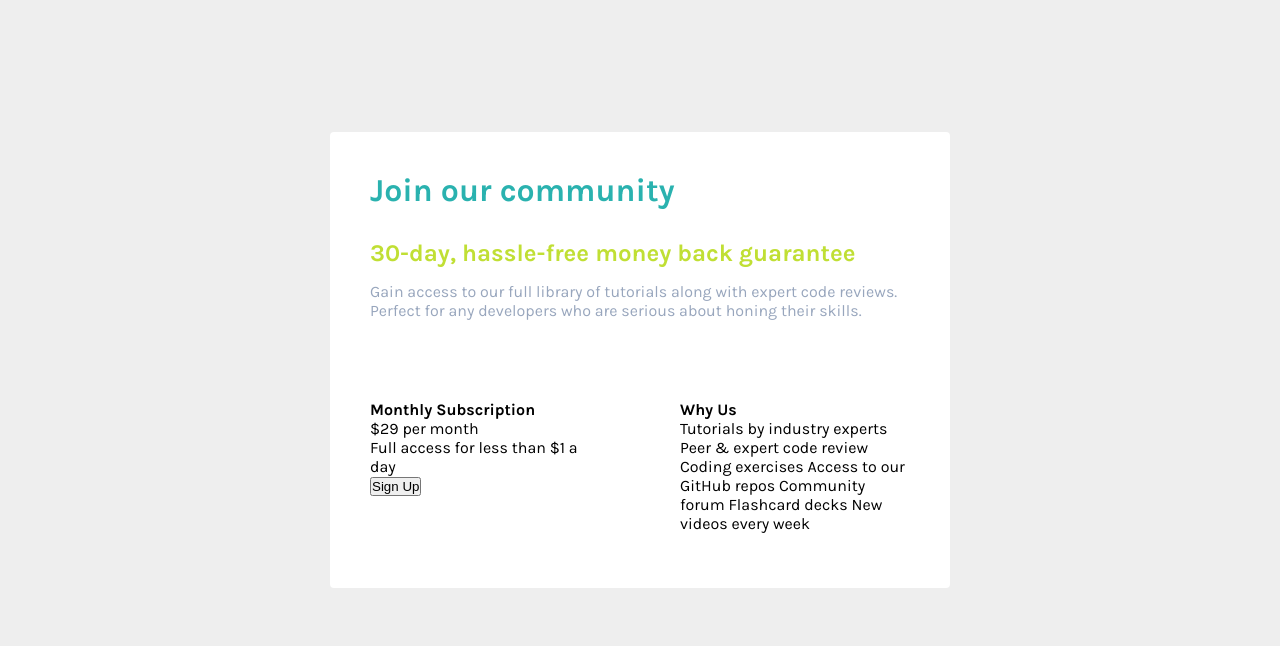
Repository: Akashiii1/WebSingleGrid_Day3
Page: index.html
These files come from the project's save history. The page is drawn as it stood at one moment and after the next save; the edit follows.
The browser window is 1280 px wide. The pictures show the whole page.

Above is the page before, as saved 2021-12-22 01:05:55.

### index.html
<!DOCTYPE html>
<html lang="en">
  <head>
    <meta charset="UTF-8" />
    <meta name="viewport" content="width=device-width, initial-scale=1.0" />
    <!-- displays site properly based on user's device -->

    <link
      rel="icon"
      type="image/png"
      sizes="32x32"
      href="./images/favicon-32x32.png"
    />

    <title>Frontend Mentor | Single Price Grid Component</title>

    <!-- Feel free to remove these styles or customise in your own stylesheet 👍 -->
    <link rel="stylesheet" href="style.css" />
    <style>
      .attribution {
        font-size: 11px;
        text-align: center;
      }
      .attribution a {
        color: hsl(228, 45%, 44%);
      }
    </style>
  </head>
  <body>
    <!-- Join our community

  30-day, hassle-free money back guarantee

  Gain access to our full library of tutorials along with expert code reviews.
  Perfect for any developers who are serious about honing their skills.

  Monthly Subscription

  &dollar;29 per month

  Full access for less than &dollar;1 a day

  Sign Up

  Why Us

  Tutorials by industry experts
  Peer &amp; expert code review
  Coding exercises
  Access to our GitHub repos
  Community forum
  Flashcard decks
  New videos every week -->
    <div class="wrapper">
      <div class="container">
        <div class="box item1">
          <h1>Join our community</h1>
          <h3>30-day, hassle-free money back guarantee</h3>
          <p>
            Gain access to our full library of tutorials along with expert code
            reviews. Perfect for any developers who are serious about honing
            their skills.
          </p>
        </div>
        <div class="box item2">
          <h4>Monthly Subscription</h4>
          <span>&dollar;29 per month</span>
          <p>Full access for less than &dollar;1 a day</p>
          <button class="btn">Sign Up</button>
        </div>
        <div class="box item3">
          <h4>Why Us</h4>
          <p>
            Tutorials by industry experts Peer &amp; expert code review Coding
            exercises Access to our GitHub repos Community forum Flashcard decks
            New videos every week
          </p>
        </div>
      </div>
    </div>
    <!-- <footer>
    <p class="attribution">
      Challenge by <a href="https://www.frontendmentor.io?ref=challenge" target="_blank">Frontend Mentor</a>.
      Coded by <a href="#">Your Name Here</a>.
    </p>
  </footer> -->
  </body>
</html>

### style.css

@import url('https://fonts.googleapis.com/css2?family=Karla:wght@400;700&display=swap');
:root{
  --Cyan: hsl(179, 62%, 43%);
 --BrightYellow: hsl(71, 73%, 54%);
 --LightGray: hsl(204, 43%, 93%);
 --GrayishBlue: hsl(218, 22%, 67%);
}
html {
box-sizing: border-box;
}
*{
margin: 0;
padding: 0;
}
*,*:before,*:after {
box-sizing: border-box;
}
input,
textarea,
select,
button{
outline: none;
}
input{
line-height: normal;
}
label,
button{
cursor: pointer;
}
a {
text-decoration: none;
}
img {
display: block;
max-width: 100%;
}
body{
  font-family: 'Karla', sans-serif;
  display: flex;
  justify-content: center;
  align-items: center;
  min-height: 100vh;
  background-color: #eee;
}
.wrapper{
  max-width: 620px;
  background-color: #fff;
  border-radius: 4px;
  overflow: hidden;
}
.container{
  display: grid;
  grid-template-columns:1fr 1fr;
  grid-template-rows: 1fr 1fr;
  grid-template-areas:"it1 it1"
                      "it2 it3";
}
.item1{
  grid-area: it1;
}
.item2{
  grid-area: it2;

}
.item3{
  grid-area: it3;
}
.box{
  padding: 40px;
}
.item1 h1{
  font-size: 32px;
  color:var(--Cyan) ;
  margin-bottom: 30px;
}
.item1 h3{
  color: var(--BrightYellow);
  font-size: 24px;
  margin-bottom: 15px;
}
.item1 p{
  color: var(--GrayishBlue);
  font-weight: 500;

}

After the next save:
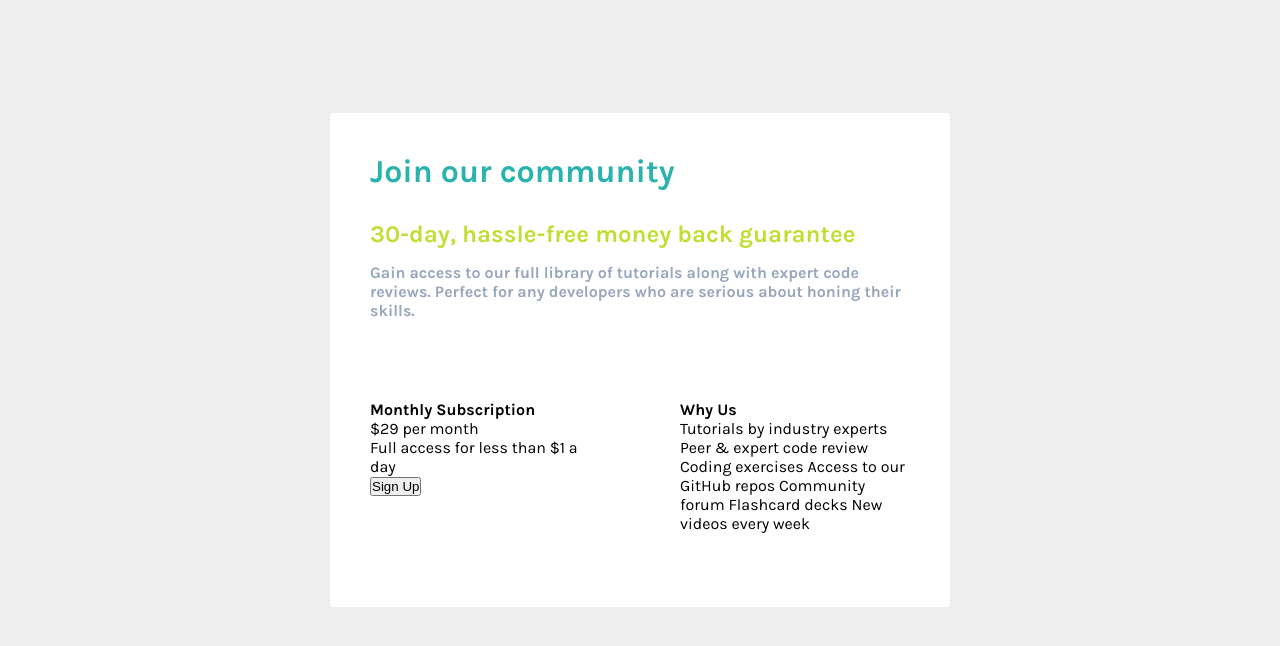
Saved 6 s later.
--- a/style.css
+++ b/style.css
@@ -82,6 +82,6 @@
 }
 .item1 p{
   color: var(--GrayishBlue);
-  font-weight: 500;
+  font-weight: bold;
 
 }

After the 2 saves that followed:
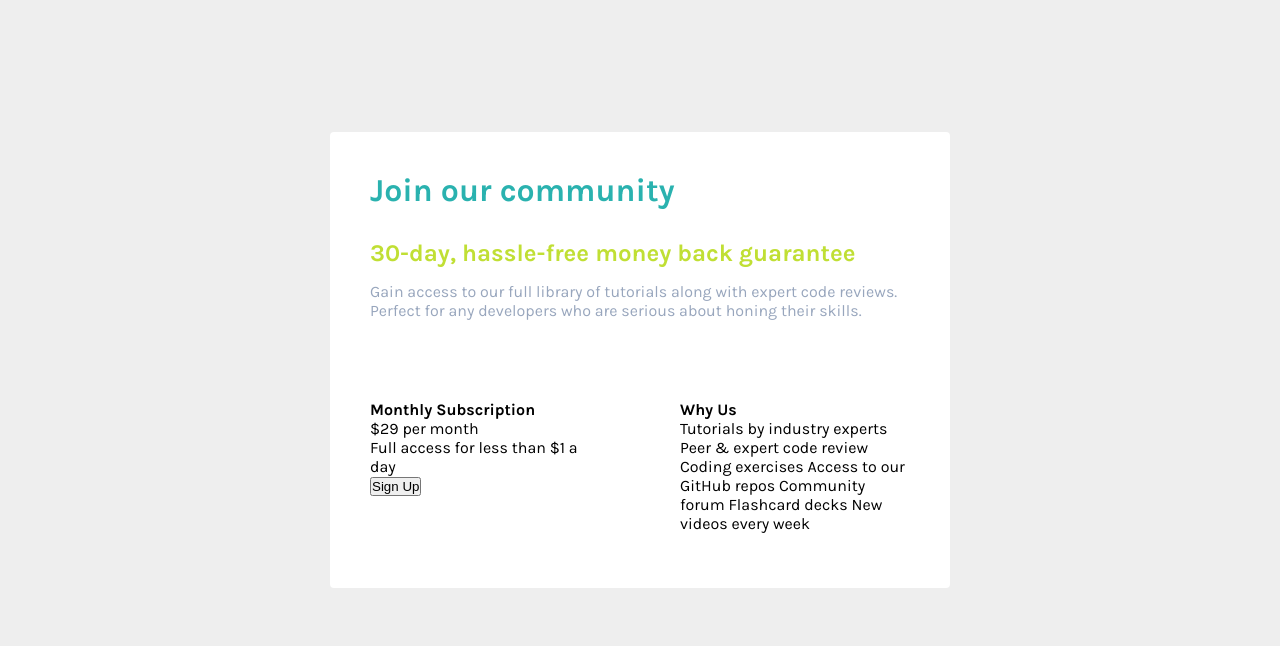
The 2 saves are shown as one change because 1 left the picture as it was.
The last was saved 12 s later.
--- a/style.css
+++ b/style.css
@@ -82,6 +82,6 @@
 }
 .item1 p{
   color: var(--GrayishBlue);
-  font-weight: bold;
+  font-weight: 400;
 
 }
